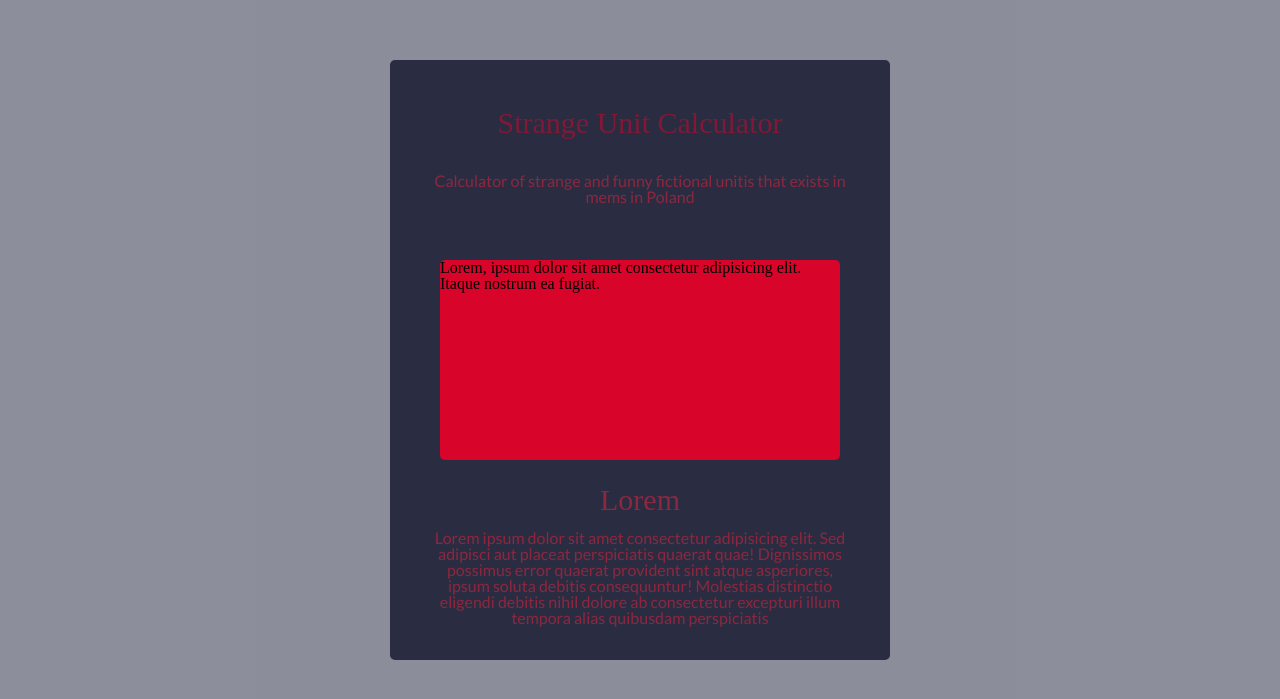
Repository: Gibon9/Calc2
Page: index.html
These files come from the project's save history. The page is drawn as it stood at one moment and after the next save; the edit follows.
The browser window is 1280 px wide. The pictures show the whole page.
Some web fonts or font styles are not loaded; a fallback is used.

Above is the page before, as saved 2020-11-25 12:33:29.

### index.html
<!DOCTYPE html>
<html lang="en">
  <head>
    <meta charset="UTF-8" />
    <meta name="viewport" content="width=device-width, initial-scale=1.0" />
    <link rel="stylesheet" href="./styles/reset.css" />
    <link rel="stylesheet" href="./styles/style.css" />
    <title>Document</title>
  </head>

  <body>
    <main class="main-content">
      <header class="header">
        <h1 class="title">Strange Unit Calculator</h1>
        <p class="descrption--text">
          Calculator of strange and funny fictional unitis that exists in mems
          in Poland
        </p>
      </header>
      <form action="" class="input-form">
        <label for="number" class="input-form--number">Enter number: </label>
        <input type="number" class="" id="number" />

        <label for="selector" class="input-form--selector">Select unit:</label>
        <select name="unit-selector" id="selector">
          <option value="sasin">Sasin</option>
          <option value="wenta">Wenta</option>
          <option value="golota">Gołota</option>
        </select>

        <button class="calc-button">Calculate</button>
      </form>

      <section class="description">
        <h2 class="description--title">Lorem</h2>
        <p class="descrption--text">
          Lorem ipsum dolor sit amet consectetur adipisicing elit. Sed adipisci
          aut placeat perspiciatis quaerat quae! Dignissimos possimus error
          quaerat provident sint atque asperiores, ipsum soluta debitis
          consequuntur! Molestias distinctio eligendi debitis nihil dolore ab
          consectetur excepturi illum tempora alias quibusdam perspiciatis
        </p>
      </section>
    </main>
    <section class="score">
      <article class="popup">
        <h2 class="score--text">
          Lorem, ipsum dolor sit amet consectetur adipisicing elit. Itaque
          nostrum ea fugiat.
        </h2>
      </article>
    </section>

    <script src="./index.js"></script>
  </body>
</html>

### styles/style.css
@import url("https://fonts.googleapis.com/css2?family=Lato&family=Nerko+One&display=swap");

:root {
  --body-color: #edf2f4;
  --background-light: #8d99ae;
  --background-dark: #2b2d42;
  --text-light: #ef233c;
  --text-dark: #d90429;
}

* {
  box-sizing: border-box;
}

body {
  background-color: var(--body-color);
  display: flex;
  align-items: center;
  justify-content: center;
  width: 100vw;
  height: 100vh;
}

.title,
.description--title,
.score--text,
.calc-button {
  font-family: "Nerko One", cursive;
}

.descrption--text,
label,
option {
  font-family: "Lato", sans-serif;
}

.main-content,
.header {
  display: flex;
  flex-direction: column;
  width: 100%;
  height: 100%;
  align-items: center;
}

.main-content {
  width: 500px;
  height: 600px;
  background-color: var(--background-dark);
  border-radius: 5px;
  color: var(--text-light);
}

.header,
.input-form,
.description {
  flex: 1;
}

.header {
  justify-content: space-around;
}

.title {
  display: block;
  margin-top: 30px;
  font-size: 30px;
  color: var(--text-dark);
  text-align: center;
}

.descrption--text {
  margin: 0 40px 30px;
  text-align: center;
}

.input-form {
  display: flex;
  flex-direction: column;
  height: 100%;
  width: 400px;
  margin: 10px 0;
  justify-content: space-around;
  align-items: center;
  background-color: var(--background-light);
  border-radius: 5px;
}

.input-form--number {
  font-size: 18px;
  margin-top: 10px;
}

.input-form--selector {
  font-size: 18px;
}

.calc-button {
  cursor: pointer;
  font-size: 20px;
  border: 2px solid var(--text-light);
  border-radius: 5px;
  padding: 5px 10px;
  margin: 15px 0 10px;
  color: var(--text-light);
  background-color: transparent;
}

.calc-button:hover {
  color: var(--text-dark);
  background-color: var(--body-color);
}

.description {
  display: flex;
  flex-direction: column;
  justify-content: center;
  align-items: center;
}

.description--title {
  margin: 15px 0;
  font-size: 30px;
}

.score {
  position: absolute;
  top: 0;
  left: 0;
  width: 100vw;
  height: 100vh;
  display: flex;
  justify-content: center;
  align-items: center;
  background-color: rgba(43, 45, 66, 0.5);
}

.popup {
  height: 200px;
  width: 400px;
  background-color: var(--text-dark);
  border-radius: 5px;
}

Loaded but not shown: styles/reset.css (common file); index.js (no stored copy; drawn as an empty file)

After the next save:
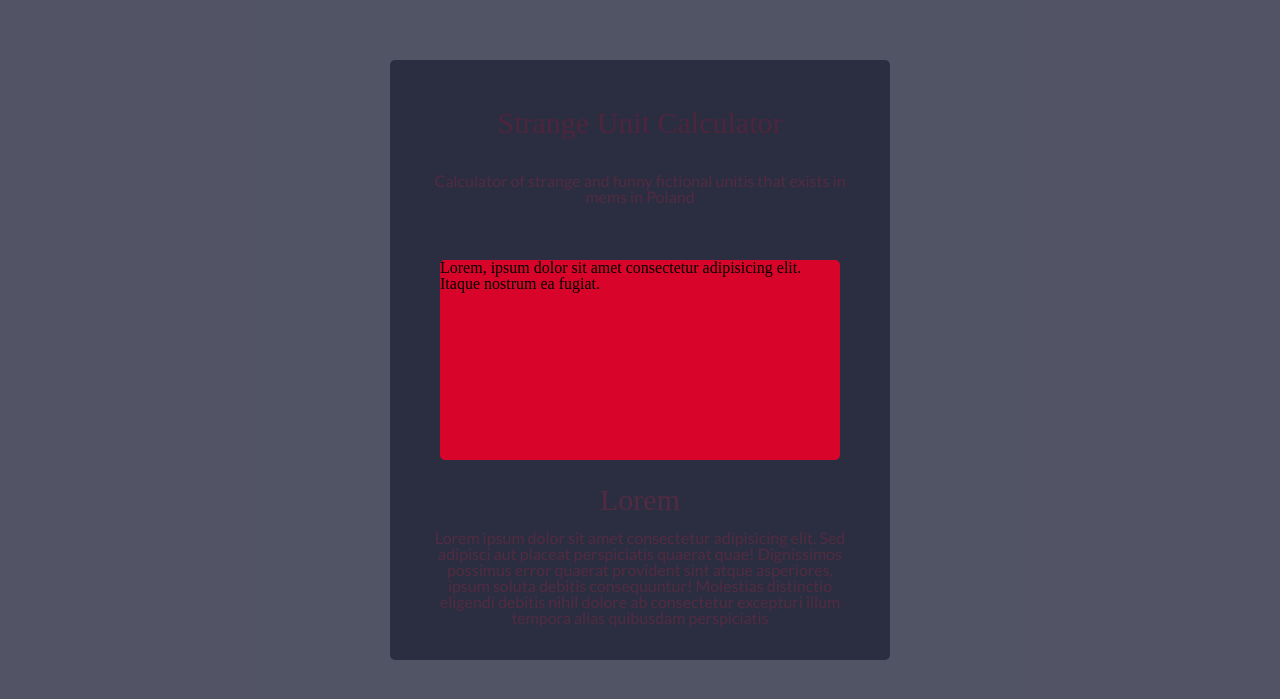
Saved 15 s later.
--- a/styles/style.css
+++ b/styles/style.css
@@ -132,7 +132,7 @@ option {
   display: flex;
   justify-content: center;
   align-items: center;
-  background-color: rgba(43, 45, 66, 0.5);
+  background-color: rgba(43, 45, 66, 0.8);
 }
 
 .popup {
